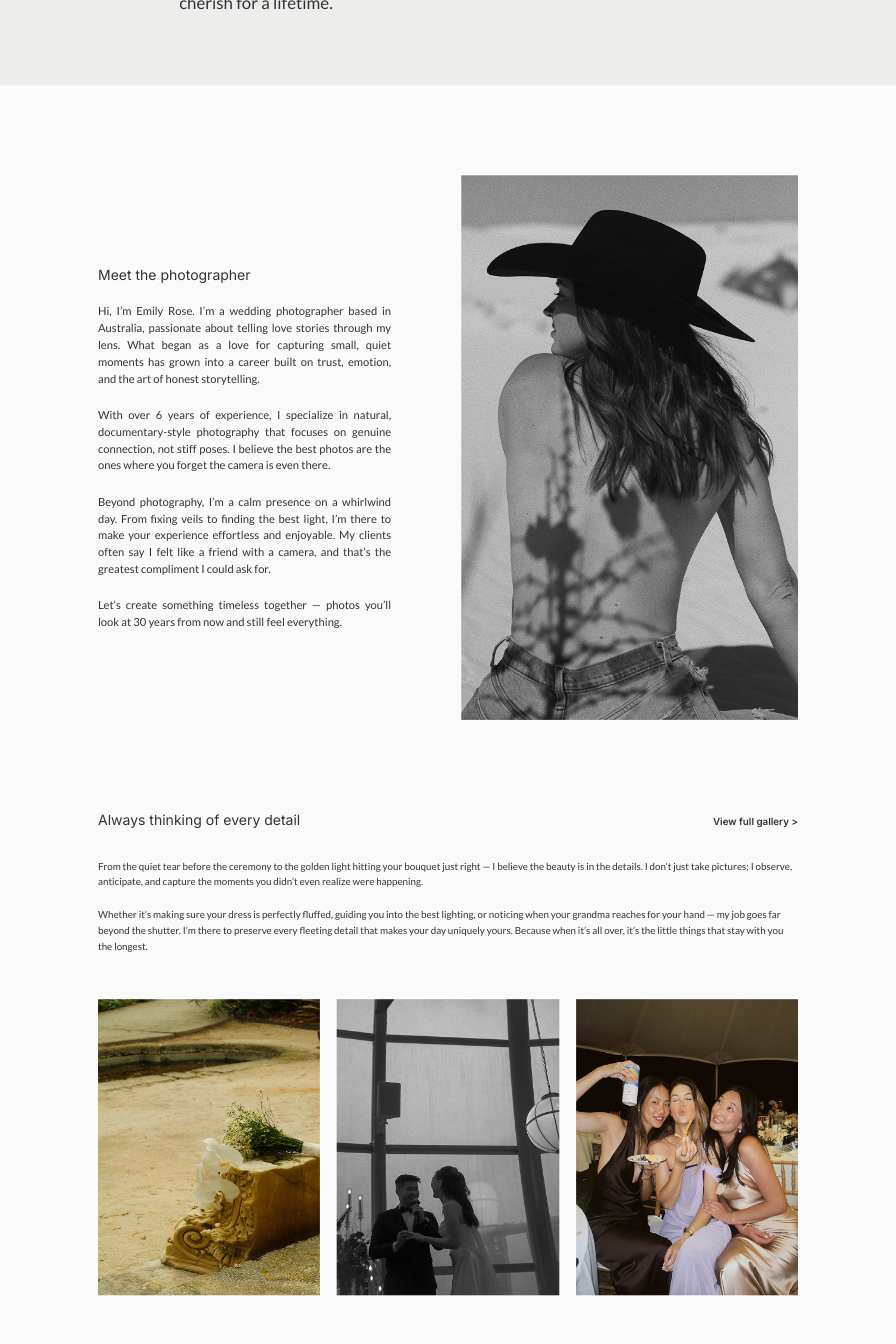
Repository: eduarda-magnago/wt-photography
Page: /
These files come from the project's save history. The page is drawn as it stood at one moment and after a run of saves; the edit follows.
The browser window is 1280 px wide. The pictures show the part of the page from y = 949 to 2869 px (the page is 3859 px tall before and 3902 px after), at 70% of full size.
Some web fonts or font styles are not loaded; a fallback is used. The project was rebuilt for these pictures with package versions that can differ from the ones it lists, and the page was loaded fresh each time. The framework's server and built-in components were replaced by stand-ins that run in the browser. Also part of the build but not shown: next.config.ts.

Above is the page before, as saved 2026-10-19 11:33:31.

After the next 2 saves:
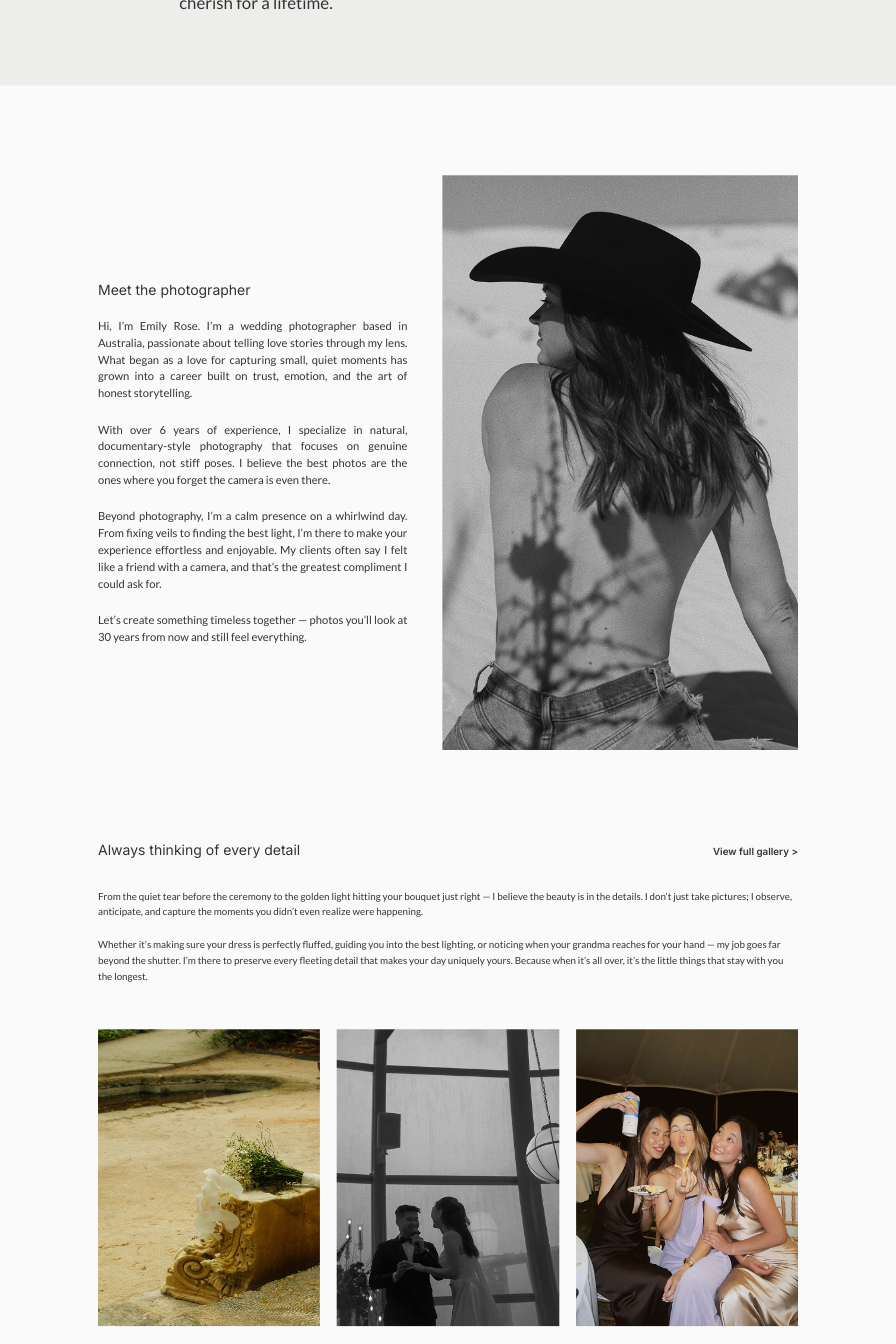
The 2 saves are shown as one change because they came seconds apart.
The last was saved 8 s later.
--- a/components/home/about.tsx
+++ b/components/home/about.tsx
@@ -3,7 +3,7 @@ import Image from "next/image";
 export default function About() {
   return (
     <section id="about" className="bg-paper px-6 py-24 md:px-14 md:py-32">
-      <div className="mx-auto grid max-w-[1000px] items-center gap-12 md:grid-cols-[435fr_500fr] md:gap-x-12 xl:gap-x-[100px]">
+      <div className="mx-auto grid max-w-[1000px] items-center gap-12 md:grid-cols-[435fr_500fr] md:gap-x-12 xl:gap-x-[50px]">
         <div>
           <h2 className="font-heading text-[20px]">Meet the photographer</h2>
 
